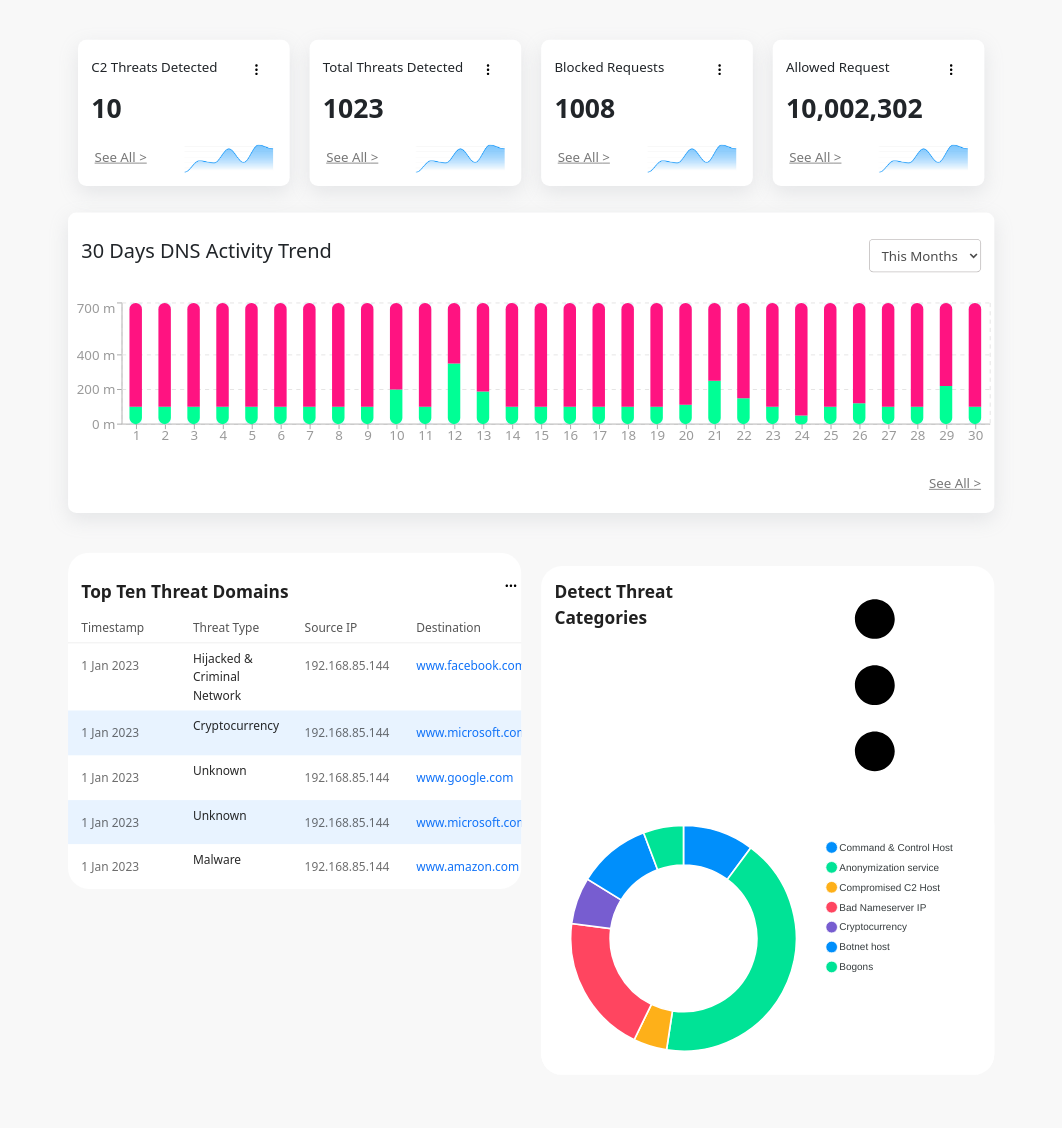
Repository: badhon252/dashboard
Page: /
These files come from the project's save history. The page is drawn as it stood at one moment and after a run of saves; the edit follows.
The browser window is 1280 px wide. The pictures show the whole page, at 83% of full size.
The project was rebuilt for these pictures with package versions that can differ from the ones it lists, and the page was loaded fresh each time. Also part of the build but not shown: vite.config.js.

Above is the page before, as saved 2023-01-27 05:19:58.

After the next 2 saves:
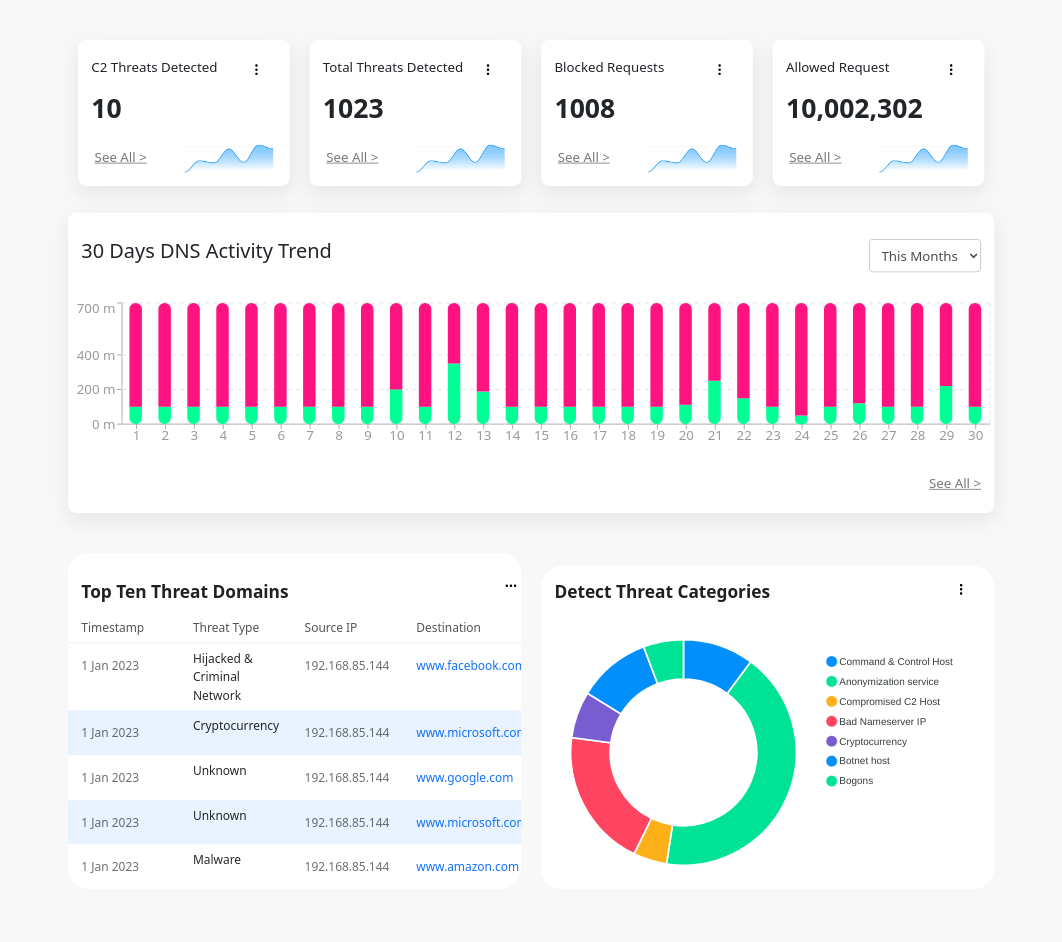
The 2 saves are shown as one change because they came seconds apart.
The last was saved 21 s later.
--- a/src/Components/Analysis/Graph/GraphAnalysis.jsx
+++ b/src/Components/Analysis/Graph/GraphAnalysis.jsx
@@ -16,7 +16,9 @@ const AnalysisGraph = ({ icon }) => {
     <div className="analysisGraph my-3">
       <div className="analysis-heading d-flex justify-content-between p-3">
         <div className="title ">Detect Threat Categories</div>
-        <img className="img-fluid img w-50" src={icon} alt=":" />
+        <div className="img">
+          <img className="img-fluid w-50" src={icon} alt=":" />
+        </div>
       </div>
       <div className="threatGraph">
         <Graph data={data} />
